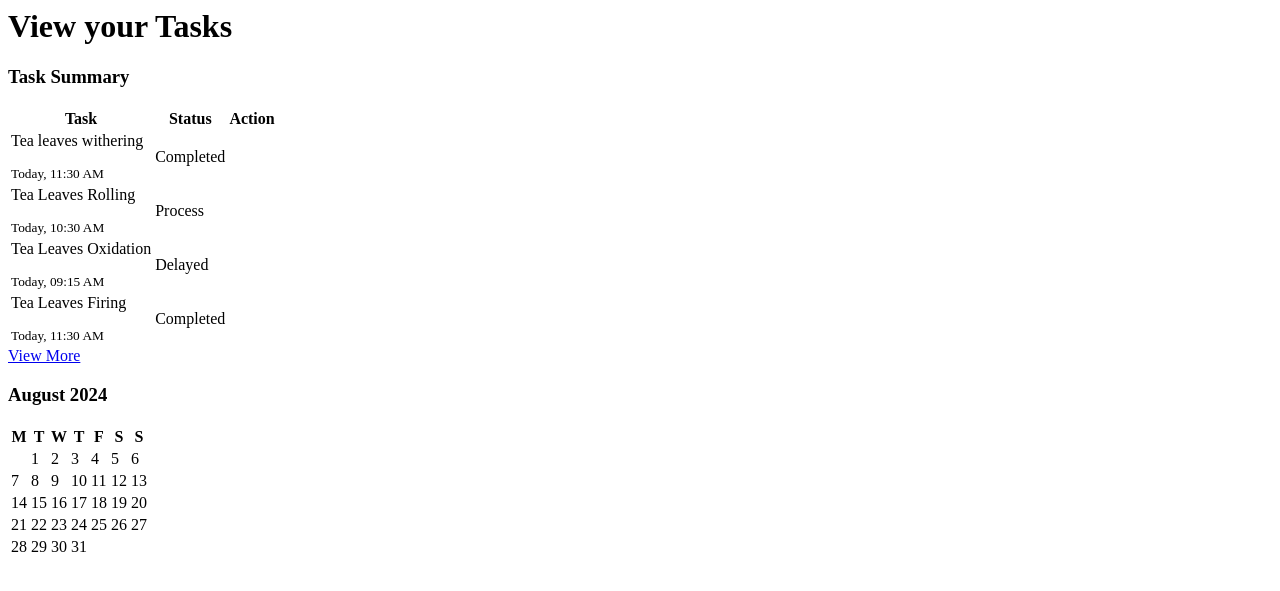
Repository: EverGreen-Group/Employee-Management
Page: http://localhost/project-root/views/pages/view-tasks.php
These files come from the project's save history. The page is drawn as it stood at one moment and after the next save; the edit follows.
The browser window is 1280 px wide. The pictures show the whole page.
The page is run by PHP 8.4 with error messages shown; the project is at /var/www/html/.

Above is the page before, as saved 2024-09-10 07:35:34.

### views/pages/view-tasks.php
<div class="head-title">
    <div class="left">
        <h1>View your Tasks</h1>
    </div>
</div>

<div class="table-data">
    <div class="order">
        <div class="head">
            <h3>Task Summary</h3>
            <i class='bx bx-calendar'></i>
        </div>
        <table>
            <thead>
                <tr>
                    <th>Task</th>
                    <th>Status</th>
                    <th>Action</th>
                </tr>
            </thead>
            <tbody>
                <tr>
                    <td>
                        <p>Tea leaves withering</p>
                        <p><small>Today, 11:30 AM</small></p>
                    </td>
                    <td><span class="status completed">Completed</span></td>
                    <td><i class='bx bx-dots-vertical-rounded'></i></td>
                </tr>
                <tr>
                    <td>
                        <p>Tea Leaves Rolling</p>
                        <p><small>Today, 10:30 AM</small></p>
                    </td>
                    <td><span class="status process">Process</span></td>
                    <td><i class='bx bx-dots-vertical-rounded'></i></td>
                </tr>
                <tr>
                    <td>
                        <p>Tea Leaves Oxidation</p>
                        <p><small>Today, 09:15 AM</small></p>
                    </td>
                    <td><span class="status pending">Delayed</span></td>
                    <td><i class='bx bx-dots-vertical-rounded'></i></td>
                </tr>
                <tr>
                    <td>
                        <p>Tea Leaves Firing</p>
                        <p><small>Today, 11:30 AM</small></p>
                    </td>
                    <td><span class="status completed">Completed</span></td>
                    <td><i class='bx bx-dots-vertical-rounded'></i></td>
                </tr>
            </tbody>
        </table>
        <a href="#" class="btn-download">View More</a>
    </div>

    <div class="todo">
        <div class="head">
            <h3>August 2024</h3>
            <i class='bx bx-plus'></i>
            <i class='bx bx-filter'></i>
        </div>
        <table class="calendar">
            <thead>
                <tr>
                    <th>M</th>
                    <th>T</th>
                    <th>W</th>
                    <th>T</th>
                    <th>F</th>
                    <th>S</th>
                    <th>S</th>
                </tr>
            </thead>
            <tbody>
                <tr>
                    <td></td>
                    <td>1</td>
                    <td>2</td>
                    <td>3</td>
                    <td>4</td>
                    <td class="highlight">5</td>
                    <td class="weekend">6</td>
                </tr>
                <tr>
                    <td>7</td>
                    <td>8</td>
                    <td>9</td>
                    <td>10</td>
                    <td>11</td>
                    <td>12</td>
                    <td class="weekend">13</td>
                </tr>
                <tr>
                    <td>14</td>
                    <td>15</td>
                    <td>16</td>
                    <td>17</td>
                    <td>18</td>
                    <td>19</td>
                    <td class="weekend">20</td>
                </tr>
                <tr>
                    <td>21</td>
                    <td>22</td>
                    <td>23</td>
                    <td>24</td>
                    <td>25</td>
                    <td>26</td>
                    <td class="weekend">27</td>
                </tr>
                <tr>
                    <td>28</td>
                    <td>29</td>
                    <td>30</td>
                    <td>31</td>
                    <td></td>
                    <td></td>
                    <td></td>
                </tr>
            </tbody>
        </table>
    </div>
</div>

After the next save:
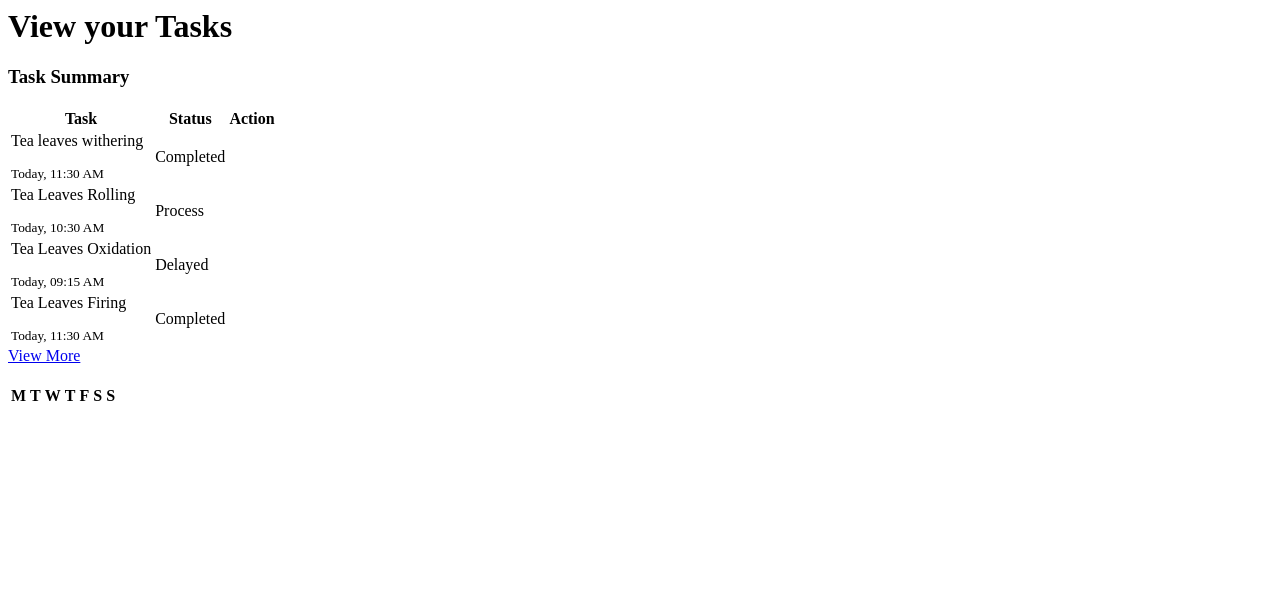
Saved 2 min 25 s later.
--- a/views/pages/view-tasks.php
+++ b/views/pages/view-tasks.php
@@ -57,70 +57,27 @@
     </div>
 
     <div class="todo">
-        <div class="head">
-            <h3>August 2024</h3>
-            <i class='bx bx-plus'></i>
-            <i class='bx bx-filter'></i>
+    <div class="head">
+        <h3 id="monthAndYear"></h3>
+        <div>
+            <i class='bx bx-chevron-left' id="prev"></i>
+            <i class='bx bx-chevron-right' id="next"></i>
         </div>
-        <table class="calendar">
-            <thead>
-                <tr>
-                    <th>M</th>
-                    <th>T</th>
-                    <th>W</th>
-                    <th>T</th>
-                    <th>F</th>
-                    <th>S</th>
-                    <th>S</th>
-                </tr>
-            </thead>
-            <tbody>
-                <tr>
-                    <td></td>
-                    <td>1</td>
-                    <td>2</td>
-                    <td>3</td>
-                    <td>4</td>
-                    <td class="highlight">5</td>
-                    <td class="weekend">6</td>
-                </tr>
-                <tr>
-                    <td>7</td>
-                    <td>8</td>
-                    <td>9</td>
-                    <td>10</td>
-                    <td>11</td>
-                    <td>12</td>
-                    <td class="weekend">13</td>
-                </tr>
-                <tr>
-                    <td>14</td>
-                    <td>15</td>
-                    <td>16</td>
-                    <td>17</td>
-                    <td>18</td>
-                    <td>19</td>
-                    <td class="weekend">20</td>
-                </tr>
-                <tr>
-                    <td>21</td>
-                    <td>22</td>
-                    <td>23</td>
-                    <td>24</td>
-                    <td>25</td>
-                    <td>26</td>
-                    <td class="weekend">27</td>
-                </tr>
-                <tr>
-                    <td>28</td>
-                    <td>29</td>
-                    <td>30</td>
-                    <td>31</td>
-                    <td></td>
-                    <td></td>
-                    <td></td>
-                </tr>
-            </tbody>
-        </table>
     </div>
+    <table class="calendar" id="calendar">
+        <thead>
+            <tr>
+                <th>M</th>
+                <th>T</th>
+                <th>W</th>
+                <th>T</th>
+                <th>F</th>
+                <th>S</th>
+                <th>S</th>
+            </tr>
+        </thead>
+        <tbody id="calendar-body">
+        </tbody>
+    </table>
 </div>
+</div>
